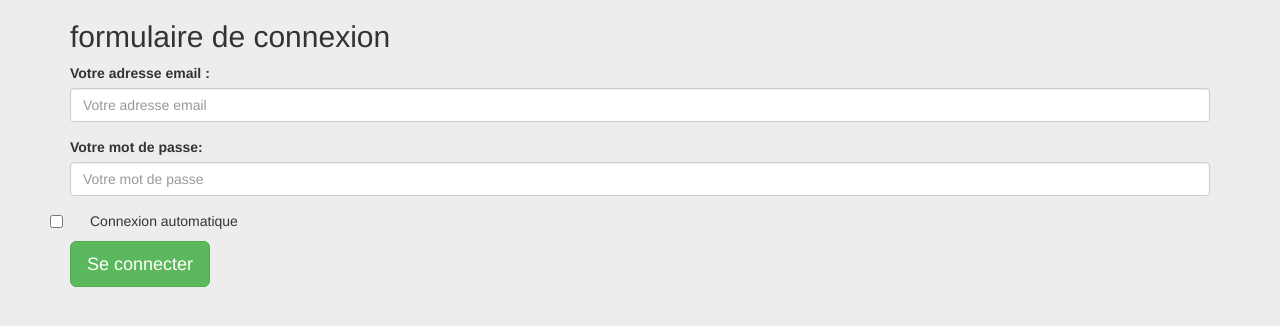
Repository: lemzoo/formation_Java8
Page: EspaceMembre/srcPHP/formulaireConnexion.html
These files come from the project's save history. The page is drawn as it stood at one moment and after the next save; the edit follows.
The browser window is 1280 px wide. The pictures show the whole page.

Above is the page before, as saved 2016-06-10 15:24:03.

After the next save:
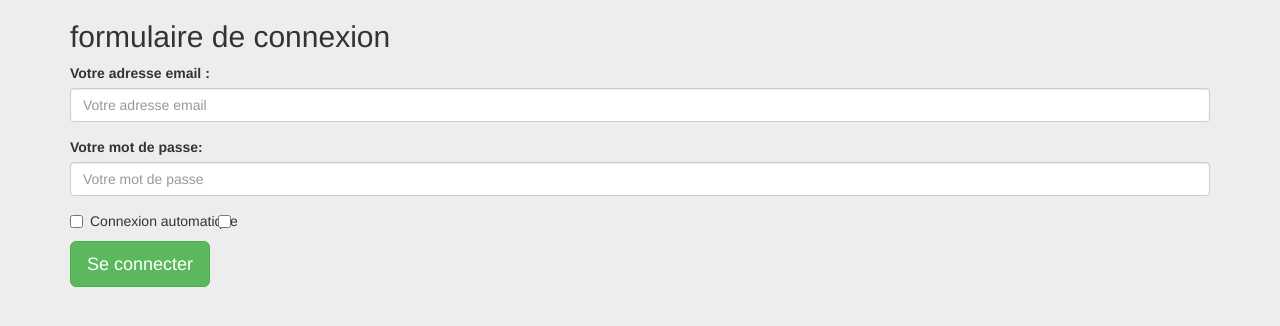
Saved 29 s later.
--- a/EspaceMembre/srcPHP/formulaireConnexion.html
+++ b/EspaceMembre/srcPHP/formulaireConnexion.html
@@ -28,10 +28,8 @@
       <input type="password" class="form-control" name="passwordSaisi" placeholder="Votre mot de passe">
     </div>
     <div class="checkbox">
-
-      <!-- <label><input type="checkbox" name="connexionAuto"> Connexion automatique</label>-->
+      <label for="connexionAuto"><input type="checkbox" name="connexionAuto"> Connexion automatique</label>
       <input type="checkbox" name="connexionAuto"/>
-      <label for="connexionAuto">Connexion automatique</label>
     </div>
     <button type="submit" class="btn btn-lg btn-success">Se connecter</button>
   </form>
